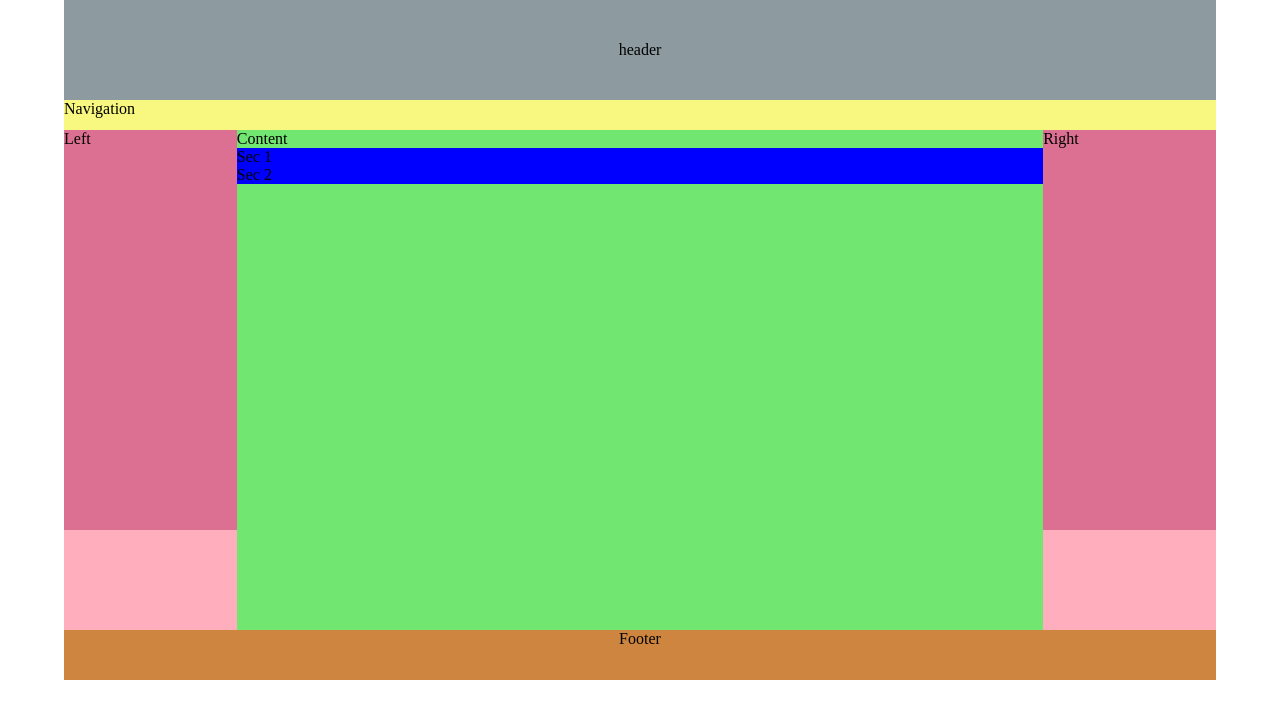
Repository: cvTuananh/Wed-famework
Page: Lab04/lab04/demo04.html
These files come from the project's save history. The page is drawn as it stood at one moment and after the next save; the edit follows.
The browser window is 1280 px wide. The pictures show the whole page.

Above is the page before, as saved 2021-09-28 18:59:20.

### Lab04/lab04/demo04.html
<!DOCTYPE html>
<html lang="en">
<head>
    <meta charset="UTF-8">
    <meta http-equiv="X-UA-Compatible" content="IE=edge">
    <meta name="viewport" content="width=device-width, initial-scale=1.0">
    <title>Document</title>
    <link rel="stylesheet" href="demo04.css">
</head>
<body>
    <div class="container">
        <header>header</header>
        <nav>Navigation</nav>
        <aside>Left </aside>
        <article>Content
            <section>Sec 1</section>
            <section>Sec 2</section>
        </article>
        <aside>Right</aside>
        <footer>Footer</footer>
    </div>
</body>
</html>

### Lab04/lab04/demo04.css
body {
    padding : 0 ;
    margin : 0 ;
}
.container{
    background-color: #ffaebe;
    width: 90%;
    padding: 0;
    margin: 0 auto;

}

header{
    background-color: rgb(141, 155, 160);
    height: 100px;
    line-height: 100px;
    text-align: center;
}
nav{
    background-color: rgb(248, 248, 128);
    height: 30px;
}
aside{
    background-color: palevioletred;
    min-height: 400px;
    width:15%;
    float: left; /* sap xep thanh hang */

}
article{
    float: left; /* sap xep thanh hang */
    background-color: rgb(113, 230, 113);
    min-height: 500px;
    width:70%;
}
footer{
    background-color: peru;
    height: 50px;
    text-align: center;
    clear: both;
}
section{
    background-color: blue;
}

After the next save:
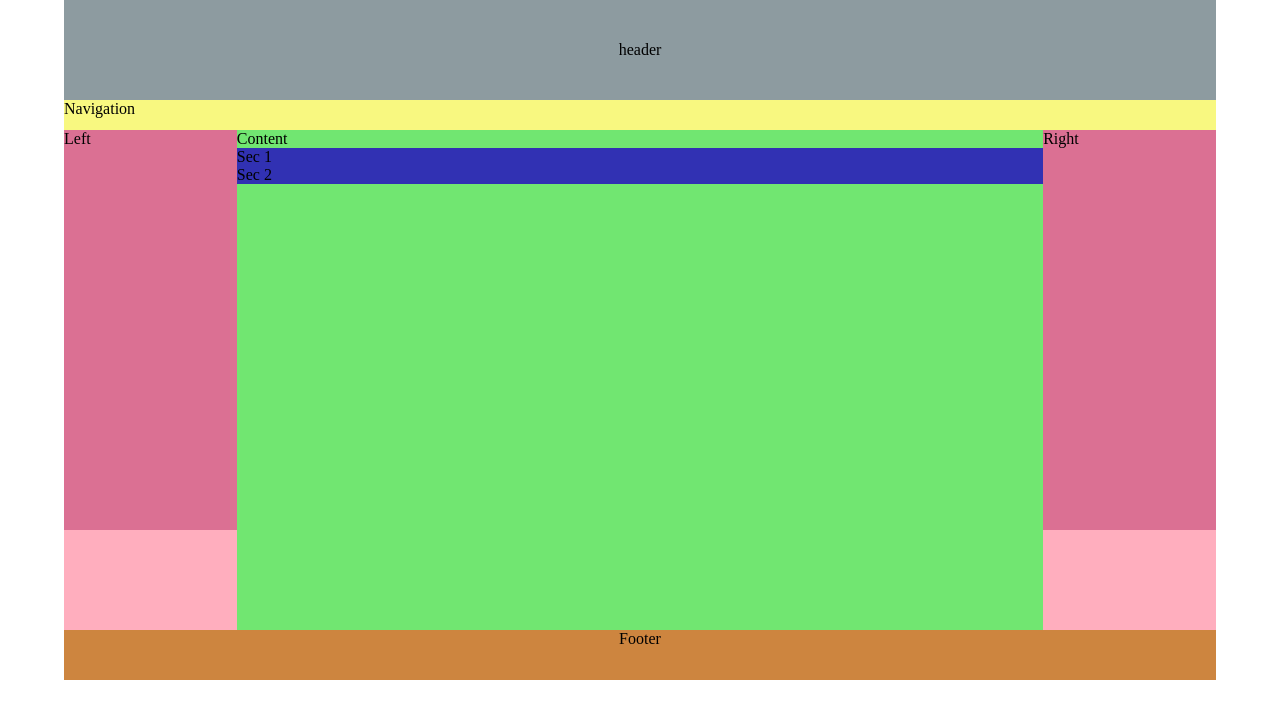
Saved 6 s later.
--- a/Lab04/lab04/demo04.css
+++ b/Lab04/lab04/demo04.css
@@ -40,5 +40,5 @@ footer{
     clear: both;
 }
 section{
-    background-color: blue;
+    background-color: rgb(49, 49, 179);
 }
